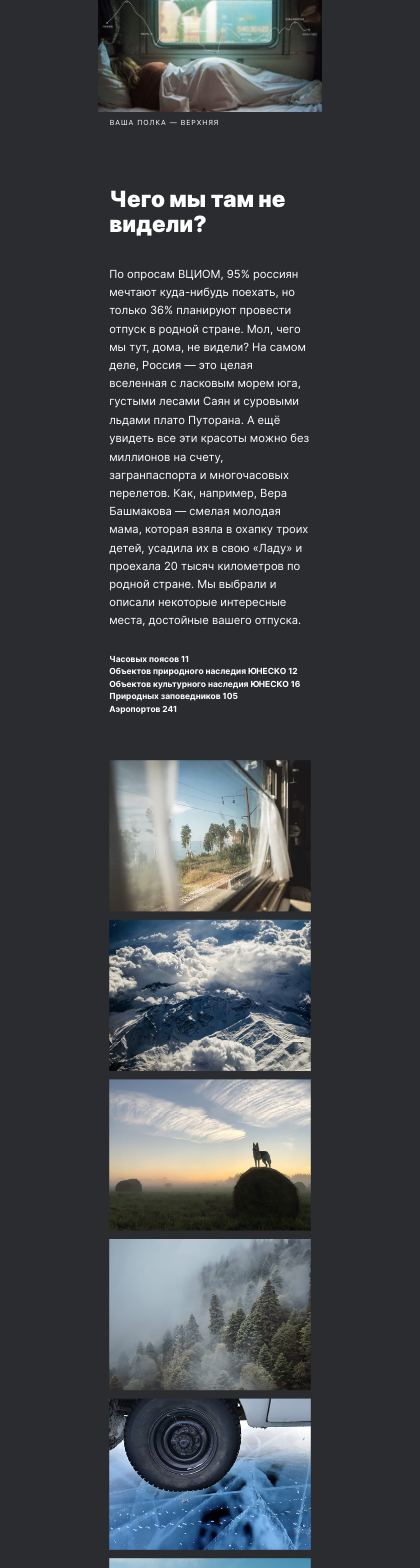
Repository: artemrgrs/russian-travel
Page: index.html
An editor plug-in stored every save of this project. The page is shown before and after the next save, followed by the edit.
The browser window is 600 px wide. The pictures show the part of the page from y = 340 to 2580 px (the page is 10203 px tall before and 10181 px after), at 70% of full size.

Above is the page before, as saved 2021-02-05 11:21:08.

After the next save:
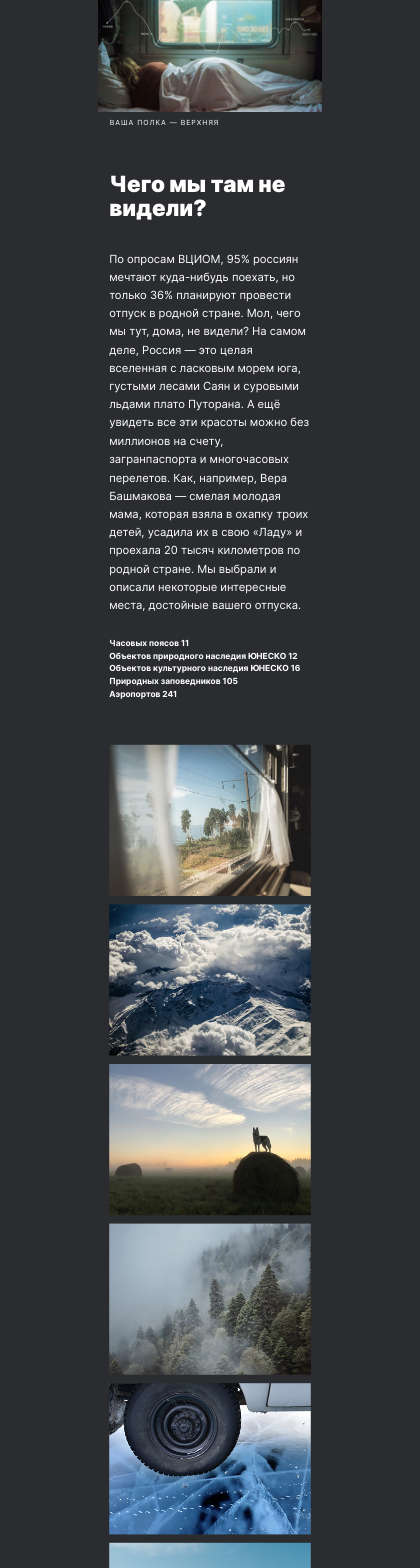
Saved 2 h 9 min later.
--- a/blocks/intro/intro.css
+++ b/blocks/intro/intro.css
@@ -20,6 +20,6 @@
 @media screen and (max-width: 767px) {
     .intro {
         max-width: 288px;
-        padding-top: 86px;
+        padding-top: 64px;
     }
 }
